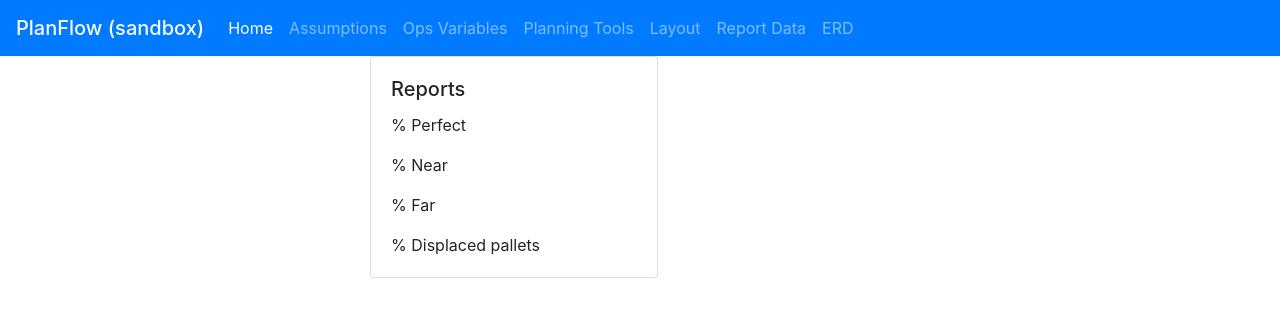
Repository: gholler76/planflow
Page: http://localhost/planflow/WEB-INF/planningtools.jsp
The author's editor kept a copy of each file at every save. The page is drawn from the files as they stood at one save, then again after the next save.
The browser window is 1280 px wide. The pictures show the whole page.
The page is served by Tomcat 9. Nobody is signed in. Other server files are loaded and not shown. The template is opened directly, without the code that normally fills it, so the values that code supplies are empty.

Above is the page before, as saved 2021-05-28 19:46:04.

### planflow/src/main/webapp/WEB-INF/planningtools.jsp
<%@ page language="java" contentType="text/html; charset=UTF-8" pageEncoding="UTF-8"%>
<%@ taglib prefix="c" uri="http://java.sun.com/jsp/jstl/core"%>
<%@ taglib prefix="form" uri="http://www.springframework.org/tags/form"%>
<%@ page isErrorPage="true"%>
<%@ taglib prefix="fmt" uri="http://java.sun.com/jsp/jstl/fmt" %>
<%@ taglib prefix="fn" uri="http://java.sun.com/jsp/jstl/functions" %>

<!DOCTYPE html>
<html>
<head>
    <meta charset="UTF-8">
    <title>PlanFlow</title>
    <script src="https://code.jquery.com/jquery-3.5.1.slim.min.js" integrity="sha384-DfXdz2htPH0lsSSs5nCTpuj/zy4C+OGpamoFVy38MVBnE+IbbVYUew+OrCXaRkfj" crossorigin="anonymous"></script>
	<script src="https://cdn.jsdelivr.net/npm/bootstrap@4.6.0/dist/js/bootstrap.bundle.min.js" integrity="sha384-Piv4xVNRyMGpqkS2by6br4gNJ7DXjqk09RmUpJ8jgGtD7zP9yug3goQfGII0yAns" crossorigin="anonymous"></script>
    <link rel="stylesheet" href="https://cdn.jsdelivr.net/npm/bootstrap@4.6.0/dist/css/bootstrap.min.css" integrity="sha384-B0vP5xmATw1+K9KRQjQERJvTumQW0nPEzvF6L/Z6nronJ3oUOFUFpCjEUQouq2+l" crossorigin="anonymous">
</head>
<body>
<nav class="navbar navbar-expand-lg navbar-dark bg-primary">
	    <span class="navbar-brand text-light mb-0 h1">PlanFlow (sandbox)</span>
	  <button class="navbar-toggler" type="button" data-toggle="collapse" data-target="#navbarNavAltMarkup" aria-controls="navbarNavAltMarkup" aria-expanded="false" aria-label="Toggle navigation">
	    <span class="navbar-toggler-icon"></span>
	  </button>
	  <div class="collapse navbar-collapse" id="navbarNavAltMarkup">
	    <div class="navbar-nav">
	      <a class="nav-link active" href="/">Home <span class="sr-only">(current)</span></a>
	      <a class="nav-link" href="/assumptions">Assumptions</a>
	      <a class="nav-link" href="/opsvariables">Ops Variables</a>
	      <a class="nav-link" href="/planningtools">Planning Tools</a>
	      <a class="nav-link" href="/layout">Layout</a>
	      <a class="nav-link" href="reportdata">Report Data</a>
	      <a class="nav-link" href="/erd">ERD</a>
	    </div>
	  </div>
	</nav>
	<div class="container">
		<div class="row justify-content-center">
    		<div class="col-6">
    			<div class="card" style="width: 18rem;">
  					<div class="card-body">
					    <h5 class="card-title">Reports</h5>
					    <p class="card-text">% Perfect</p>
					    <p class="card-text">% Near</p>
					    <p class="card-text">% Far</p>
					    <p class="card-text">% Displaced pallets</p>
				  	</div>
				</div>
   	 		</div>
    	</div>
	</div>

</body>
</html>

After the next save:
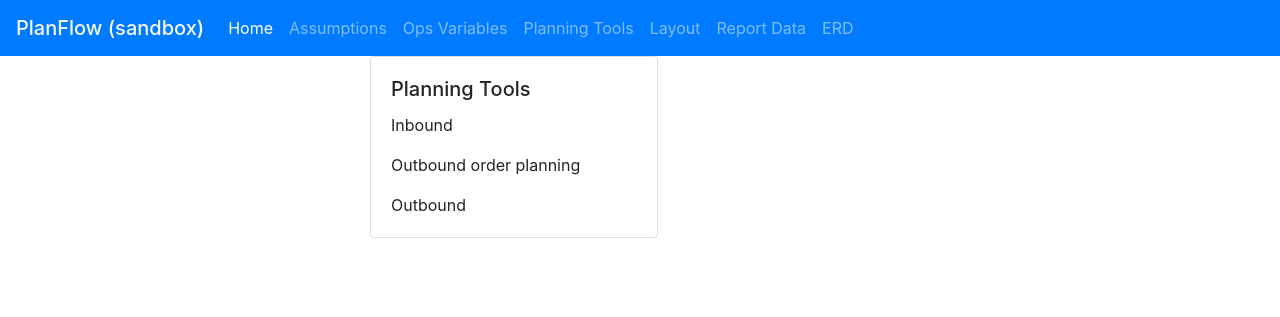
Saved 33 s later.
--- a/planflow/src/main/webapp/WEB-INF/planningtools.jsp
+++ b/planflow/src/main/webapp/WEB-INF/planningtools.jsp
@@ -37,11 +37,10 @@
     		<div class="col-6">
     			<div class="card" style="width: 18rem;">
   					<div class="card-body">
-					    <h5 class="card-title">Reports</h5>
-					    <p class="card-text">% Perfect</p>
-					    <p class="card-text">% Near</p>
-					    <p class="card-text">% Far</p>
-					    <p class="card-text">% Displaced pallets</p>
+					    <h5 class="card-title">Planning Tools</h5>
+					    <p class="card-text">Inbound</p>
+					    <p class="card-text">Outbound order planning</p>
+					    <p class="card-text">Outbound</p>
 				  	</div>
 				</div>
    	 		</div>
